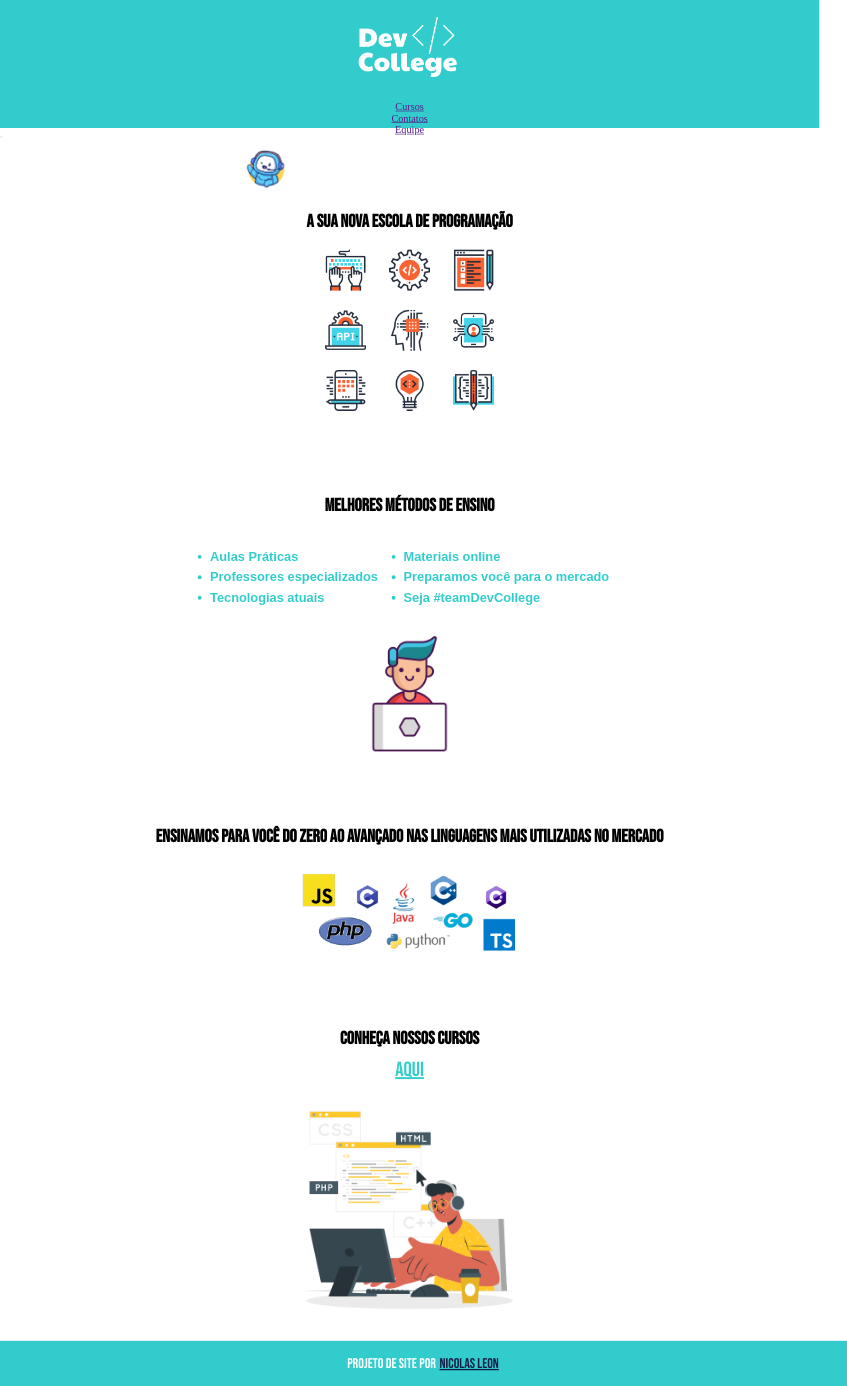
Repository: Leonngc/DEV-COLLEGE
Page: homepage/home.html
The author's editor kept a copy of each file at every save. The page is drawn from the files as they stood at one save, then again after the next save.
The browser window is 1280 px wide. The page is 1324 px wide, so the pictures cover 1324 px, including what lies to the right of the window. The pictures show the whole page, at 64% of full size.
Some icons come from a web library that is not loaded, so they are not drawn. Some web fonts or font styles are not loaded; a fallback is used.

Above is the page before, as saved 2023-02-25 16:33:25.

### homepage/home.html
<!DOCTYPE html>
<html lang="pt-br">
<head>
    <meta charset="UTF-8">
    <meta http-equiv="X-UA-Compatible" content="IE=edge">
    <meta name="viewport" content="width=device-width, initial-scale=1.0">
    <link rel='stylesheet' href='https://cdn-uicons.flaticon.com/uicons-bold-straight/css/uicons-bold-straight.css'>
    <link rel="stylesheet" href="home.css">
    <link rel="stylesheet" href="../menu/menu.css">
    <script src="../menu/menu.js" defer></script>
    <link rel="shortcut icon" href="../logos/DEV COLLEGE (2).png" type="image/x-icon">
    <title>Home</title>
</head>
<body>
    <header>
        <div id="logo-container"><img src="../logos/2.png" alt="" id="logo"></div>
        <button id="menu-button">
            <i class="fi fi-bs-menu-burger" id="menu-burguer">
            </i></button>
        <menu>
            <ul id="links-menu">
                <li class="nav-link"><a href="">Cursos</a></li>
                <li class="nav-link"><a href="">Contatos</a></li>
                <li class="nav-link"><a href="">Equipe</a></li>
            </ul>
        </menu>
    </header>

    <main>
        <div id="chatbot-container">
            <button id="call-chatbot"><img src="../images/robot.png" alt="" id="robot-img"></button>
        </div>
        <section>
            <h2>A sua nova escola de programação</h2>
            <img src="../images/linguagens.png" alt="">
        </section>

        <section>
            <h2>Melhores métodos de ensino</h2>

            <div id="skills-container">
                <ul class="skills-course">
                    <li>Aulas Práticas</li>
                    <li>Professores especializados</li>
                    <li>Tecnologias atuais</li>
                </ul>
                <ul class="skills-course">
                    <li>Materiais online</li>
                    <li>Preparamos você para o mercado</li>
                    <li>Seja #teamDevCollege</li>
                </ul>
            </div>
            <div>
                <img src="../images/dev.png" alt="" id="dev-img">
            </div>
        </section>

        <section>
            <h2>Ensinamos para você do zero ao avançado nas linguagens mais utilizadas no mercado</h2>

            <div>
                <img src="../images/Linguagens-de-programacao-1.png" alt="" id="ling-img">
            </div>
        </section>

        <section>
            <h2>Conheça nossos cursos</h2>
            <a href="" id="nav-course">Aqui</a>
            <div>
                <img src="../images/programmer-cuate-3920.webp" alt="" id="programmer-img">
            </div>
        </section>
    </main>


    <footer>
        <p>Projeto de site por <a href="">Nicolas Leon</a></p>
    </footer>
</body>
</html>

### homepage/home.css
@import url("https://fonts.googleapis.com/css2?family= Paytone +One & display=swap");

@font-face {
  font-family: Bebas Neue;
  src: url(../fonts/BebasNeue-Regular.ttf);
}

:root {
  --paytone: "Paytone One", sans-serif;
  --dark-violet: #121d46;
  --pink: #ec518f;
}

* {
  padding: 0;
  margin: 0;
}

body{
 overflow-x: hidden;
 width: 100vw;
  max-width: 100vw;

}

#logo{
  width: 10px;
}

section > h2{
  font-family: Bebas Neue, cursive;
  font-size: 28px;
  padding: 12px;
}

section{
  margin-top: 100px;
  text-align: center;
}

section > img{
  width: 300px;
}

#nav-course{
  font-family: Bebas Neue;
  font-size: 32px;
  color: var(--cyan);
}

footer{
  text-align: center;
  background-color: var(--cyan);
  padding: 22px;
  color: white;
  font-family: Bebas Neue;
  font-size: 22px;
  width: 100vw;
}

footer > p > a{
  padding: 2px;
  color: #121d46;
}



#skills-container{
  display: flex;
  margin: auto;
  padding: 20px;
}

.skills-course{
  padding: 20px;
}

.skills-course > li{
  text-align: left;
  font-size: 20px;
  font-family: var(--paytone);
  font-weight: bold;
  color: var(--cyan);
  margin-bottom: 9px;
}

#dev-img{
  width: 180px;
}

#ling-img{
  margin-top: 25px;
  width: 350px;
}

#robot-img{
  left: 365px;
  width: 100px;
  position: fixed;
}

#programmer-img{
  width: 400px;
}

@media screen and (min-width: 800px){
  p{
    text-align: center;
  }

#skills-container{
  align-items: center;
  justify-content: center;
}

h2{
  font-size: 40px;
}
}

### menu/menu.css
@import url("https://fonts.googleapis.com/css2?family= Paytone +One & display=swap");

@font-face {
  font-family: Bebas Neue;
  src: url(../fonts/BebasNeue-Regular.ttf);
}

:root {
  --paytone: "Paytone One", sans-serif;
  --dark-violet: #121d46;
  --pink: #ec518f;
  --cyan:#33CCCC;
}

*{
    padding: 0;
    margin: 0;
}

header{
    background-color: var(--cyan);
    height: 200px;
    max-width: 100vw;
    width: 100vw;
}

#logo-container{
  text-align: center;
}

#logo{
  margin-top: 20px;
  width: 170px;
}

#menu-button{
  background-color: #33cccc00;
  border: none;
  margin: 15px;
  position: relative;
  left: 410px;
  bottom: 5px;
  font-size: 42px;
  color: white;

}


#links-menu{
  di
  background-color: white;
  position: absolute;
  width: 100vw;
  text-align: center;
  height: 160px;
}

#nav-link{
  padding: 10px;
  list-style: none;
}

#nav-link > a{
  text-decoration: none;
  font-family: Bebas Neue, cursive;
  font-size: 22px;
  color: #121d46;
}

Loaded but not shown: menu/menu.js (no copy from this time; the picture is the same without it)

After the next save:
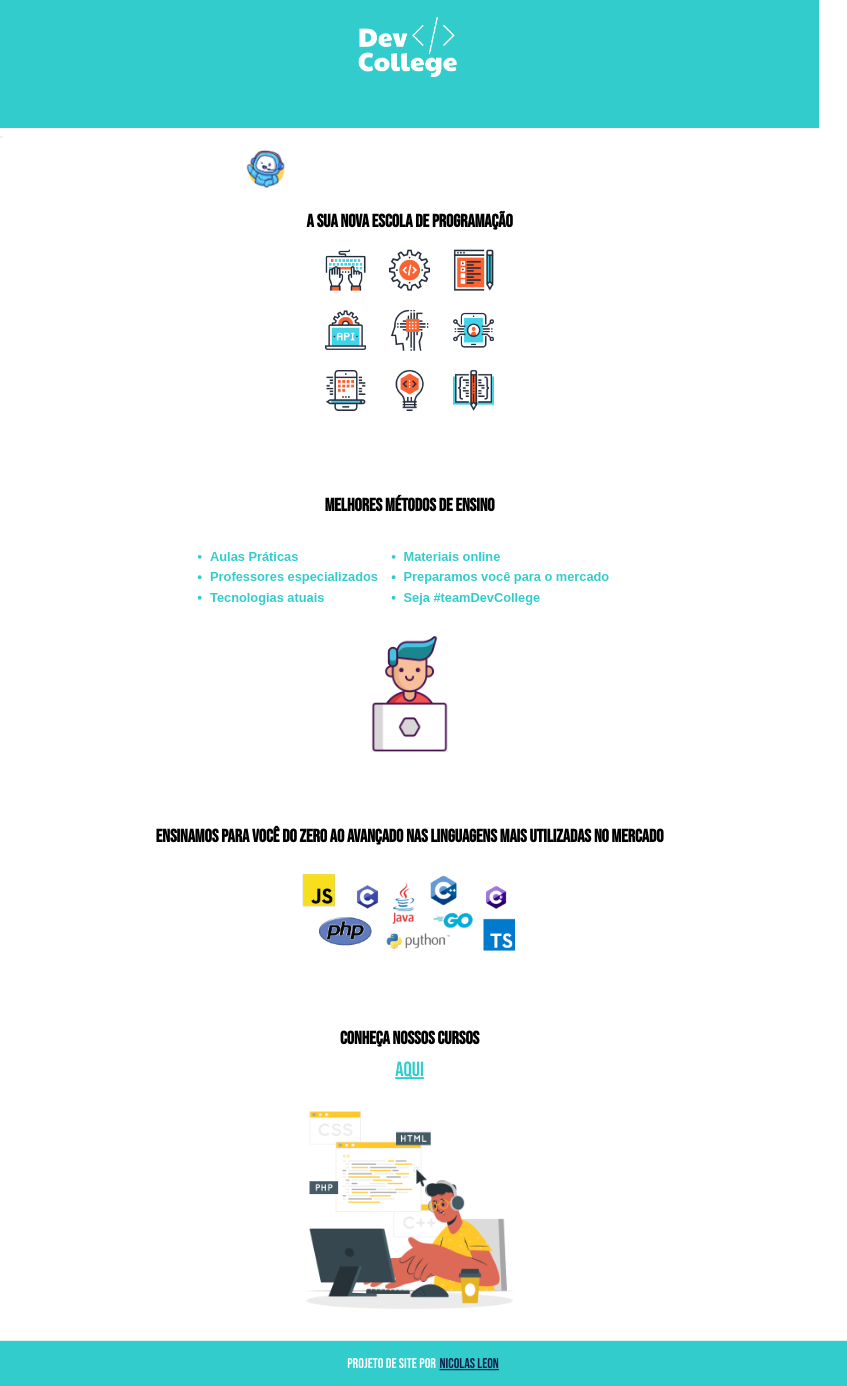
Saved 6 s later.
--- a/menu/menu.css
+++ b/menu/menu.css
@@ -47,7 +47,7 @@
 
 
 #links-menu{
-  di
+  display: none;
   background-color: white;
   position: absolute;
   width: 100vw;
